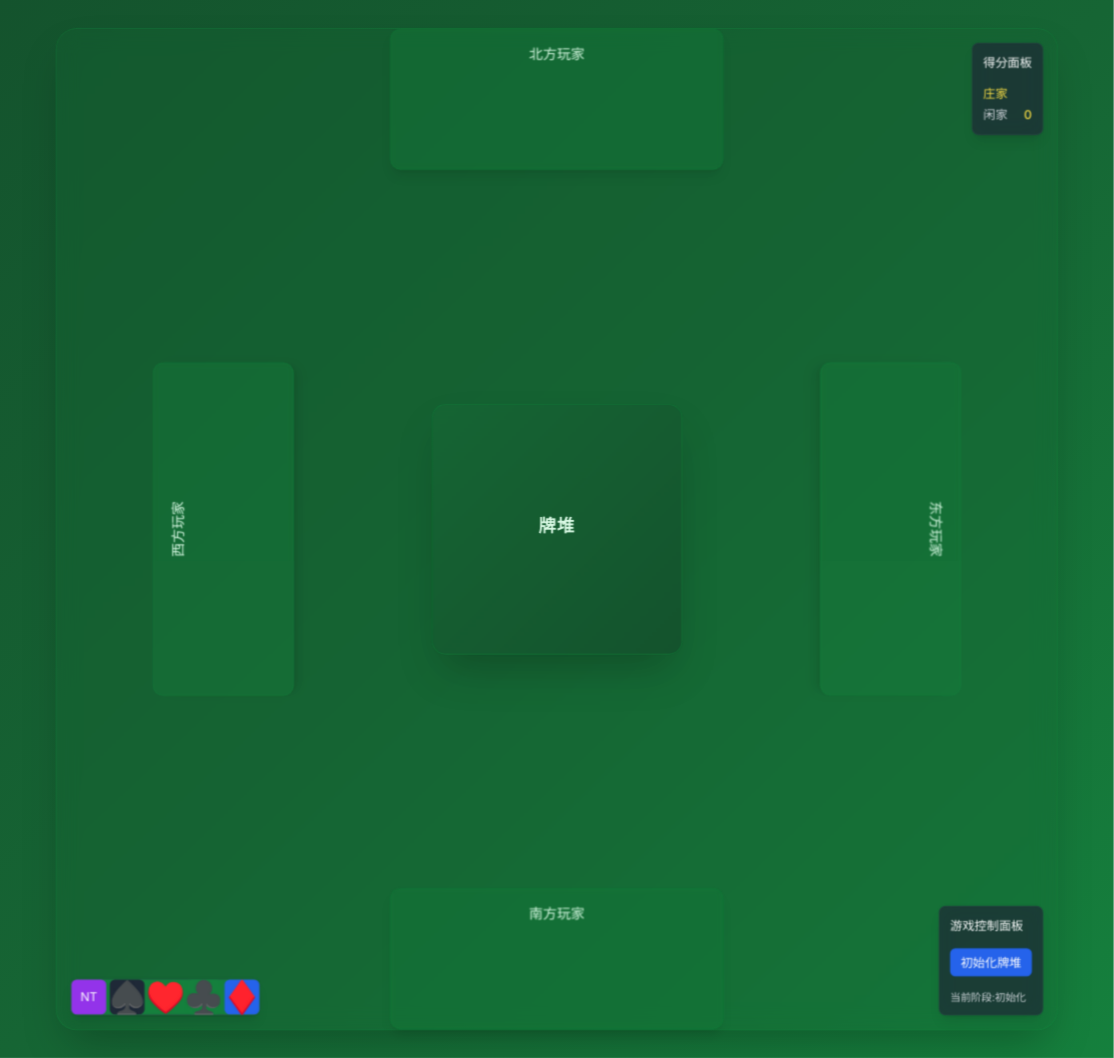
Repository: laofansay/Tractor80
Page: /
These files come from the project's save history. The page is drawn as it stood at one moment and after the next save; the edit follows.
The browser window is 1280 px wide. The pictures show the whole page, at 87% of full size.
The project was rebuilt for these pictures with package versions that can differ from the ones it lists, and the page was loaded fresh each time. The framework's server and built-in components were replaced by stand-ins that run in the browser. Also part of the build but not shown: next.config.js, app/components/Card.tsx.

Above is the page before, as saved 2025-03-09 00:24:13.

### app/layout.tsx
import type { Metadata } from 'next'
import { Inter } from 'next/font/google'
import './globals.css'

const inter = Inter({ subsets: ['latin'] })

export const metadata: Metadata = {
  title: 'Card Game',
  description: 'A Next.js Card Game Application',
}

export default function RootLayout({
  children,
}: {
  children: React.ReactNode
}) {
  return (
    <html lang="en">
      <body className={inter.className}>{children}</body>
    </html>
  )
}

### app/globals.css
@tailwind base;
@tailwind components;
@tailwind utilities;

:root {
  --foreground-rgb: 0, 0, 0;
  --background-start-rgb: 214, 219, 220;
  --background-end-rgb: 255, 255, 255;
}

@media (prefers-color-scheme: dark) {
  :root {
    --foreground-rgb: 255, 255, 255;
    --background-start-rgb: 0, 0, 0;
    --background-end-rgb: 0, 0, 0;
  }
}

body {
  color: rgb(var(--foreground-rgb));
  background: linear-gradient(
    to bottom,
    transparent,
    rgb(var(--background-end-rgb))
  )
  rgb(var(--background-start-rgb));
}

### app/components/AdminPanel.tsx
'use client';

import { useState } from 'react';
import { Card } from './Card';

type GamePhase = 'initial' | 'dealing' | 'trumpSelection' | 'pickBottomCards' | 'bottomCards' | 'playing';
type Position = 'north' | 'east' | 'south' | 'west';

type AdminPanelProps = {
    onInitialize: () => void;
    onDeal: () => void;
    onPickBottomCards: () => void;
    onBottomCards: () => void;
    onStartPlaying: () => void;
    gamePhase: GamePhase;
    deckLength: number;
    bottomCardsLength: number;
    lastRound?: Record<Position, string[]>;
    roundCount?: number;
};

export function AdminPanel({
    onInitialize,
    onDeal,
    onPickBottomCards,
    onBottomCards,
    onStartPlaying,
    gamePhase,
    deckLength,
    bottomCardsLength,
    lastRound = { north: [], east: [], south: [], west: [] },
    roundCount = 0
}: AdminPanelProps) {

    return (
        <div className="absolute bottom-4 right-4 p-3 bg-gray-800/70 rounded-lg backdrop-blur-md border border-gray-700/50 shadow-lg">
            <div className="flex flex-col gap-2">
                <div className="text-white text-sm mb-2 font-medium">游戏控制面板</div>

                {(gamePhase === 'initial' || gamePhase === 'playing') && (
                    <button
                        onClick={onInitialize}
                        className="px-3 py-1.5 bg-blue-600 hover:bg-blue-500 text-white rounded-md transition-colors text-sm"
                    >
                        {gamePhase === 'playing' ? '重新开始' : '初始化牌堆'}
                    </button>
                )}

                {gamePhase === 'initial' && deckLength > 0 && (
                    <button
                        onClick={onDeal}
                        className="px-3 py-1.5 bg-green-600 hover:bg-green-500 text-white rounded-md transition-colors text-sm"
                    >
                        开始发牌
                    </button>
                )}

                {gamePhase === 'pickBottomCards' && (
                    <button
                        onClick={onPickBottomCards}
                        className="px-3 py-1.5 bg-yellow-600 hover:bg-yellow-500 text-white rounded-md transition-colors text-sm"
                    >
                        庄家拾底
                    </button>
                )}

                {gamePhase === 'bottomCards' && (
                    <button
                        onClick={onBottomCards}
                        className="px-3 py-1.5 bg-yellow-600 hover:bg-yellow-500 text-white rounded-md transition-colors text-sm"
                    >
                        庄家扣底
                    </button>
                )}

                {gamePhase === 'bottomCards' && (
                    <button
                        onClick={onStartPlaying}
                        className="px-3 py-1.5 bg-red-600 hover:bg-red-500 text-white rounded-md transition-colors text-sm"
                    >
                        开始出牌
                    </button>
                )}

                <div className="text-gray-300 text-xs mt-2">
                    当前阶段:
                    {gamePhase === 'initial' && '初始化'}
                    {gamePhase === 'dealing' && '发牌中'}
                    {gamePhase === 'trumpSelection' && '亮主阶段'}
                    {gamePhase === 'pickBottomCards' && '庄家拾底'}
                    {gamePhase === 'bottomCards' && '庄家扣底'}
                    {gamePhase === 'playing' && '出牌阶段'}
                </div>
            </div>
        </div>
    );
}

### app/components/SoundEffect.tsx
'use client';

import { audioManager } from './AudioManager';

export class SoundEffect {
    static #instance;

    constructor() {
        // 私有构造函数，确保单例模式
    }

    public static getInstance(): SoundEffect {
        if (!SoundEffect.#instance) {
            SoundEffect.#instance = new SoundEffect();
        }
        return SoundEffect.#instance;
    }

    /**
     * 预加载音效
     * @param soundId 音效ID
     * @param soundPath 音效文件路径
     * @param fallbackSoundPath 备用音效路径（可选）
     */
    public preloadSound(soundId: string, soundPath: string, fallbackSoundPath?: string): void {
        if (typeof window === 'undefined') return; // 服务器端不执行

        // 使用AudioManager来处理音频加载
        audioManager.preloadSound(soundId, soundPath, fallbackSoundPath);
    }

    /**
     * 播放音效
     * @param soundId 音效ID
     * @returns 是否成功播放
     */
    public playSound(soundId: string): boolean {
        if (typeof window === 'undefined') return false; // 服务器端不执行

        // 使用AudioManager来处理音频播放
        return audioManager.playSound(soundId);
    }

    /**
     * 停止播放音效
     * @param soundId 音效ID
     */
    public stopSound(soundId: string): void {
        if (typeof window === 'undefined') return; // 服务器端不执行

        // 使用AudioManager来处理音频停止
        audioManager.stopSound(soundId);
    }

    /**
     * 检查音效是否已加载并可以播放
     * @param soundId 音效ID
     * @returns 是否可以播放
     */
    public canPlaySound(soundId: string): boolean {
        if (typeof window === 'undefined') return false; // 服务器端不执行

        // 使用AudioManager来检查音频是否可以播放
        return audioManager.canPlaySound(soundId);
    }

    /**
     * 启用或禁用所有音效
     * @param enabled 是否启用音效
     */
    public setAudioEnabled(enabled: boolean): void {
        audioManager.setAudioEnabled(enabled);
    }

    /**
     * 获取音效是否启用
     * @returns 音效是否启用
     */
    public isAudioEnabled(): boolean {
        return audioManager.isAudioEnabled();
    }
}

// 导出单例实例
export const soundEffect = SoundEffect.getInstance();

### app/components/ScorePanel.tsx
import React from 'react';

interface ScorePanelProps {
  scores: {
    north: number;
    east: number;
    south: number;
    west: number;
  };
  dealerPosition: Position;
}

type Position = 'north' | 'east' | 'south' | 'west';

export function ScorePanel({ scores, dealerPosition }: ScorePanelProps) {
  // 计算庄家和闲家的总分
  const dealerScore = scores[dealerPosition];
  const nonDealerScore = Object.entries(scores)
    .filter(([position]) => position !== dealerPosition)
    .reduce((total, [_, score]) => total + score, 0);

  return (
    <div className="absolute top-4 right-4 p-3 bg-gray-800/70 rounded-lg backdrop-blur-md border border-gray-700/50 shadow-lg">
      <div className="flex flex-col gap-2">
        <div className="text-white text-sm mb-2 font-medium">得分面板</div>
        <div className="space-y-1">
          <div className="flex justify-between text-sm">
            <span className="text-yellow-300">庄家</span>
            <span className="text-yellow-300 font-medium ml-4">{dealerScore}</span>
          </div>
          <div className="flex justify-between text-sm">
            <span className="text-gray-300">闲家</span>
            <span className="text-yellow-300 font-medium ml-4">{nonDealerScore}</span>
          </div>
        </div>
      </div>
    </div>
  );
}

### app/components/TrumpSelectionPanel.tsx
'use client';

import React from 'react';

type TrumpSelectionPanelProps = {
  onSelectTrump: (trumpSuit: string | null) => void;
  gamePhase: string;
};

export function TrumpSelectionPanel({ onSelectTrump, gamePhase }: TrumpSelectionPanelProps) {
  // 只在亮主阶段显示
  if (gamePhase !== 'trumpSelection') {
    //return null;
  }

  return (
    <div className="absolute bottom-4 left-4 p- bg-green-700 hover:bg-green-600 rounded-lg backdrop-blur-md border border-gray-700/50 shadow-lg">
      <div className="flex flex-row gap-1">
        <button
          onClick={() => onSelectTrump(null)}
          className="w-10 h-10 bg-purple-600 hover:bg-purple-500 text-white rounded-md transition-colors text-sm flex items-center justify-center"
          title="无主"
        >
          NT
        </button>
        <button
          onClick={() => onSelectTrump('S')}
          className="w-10 h-10 bg-gray-800 hover:bg-gray-700 text-white rounded-md transition-colors text-4xl flex items-center justify-center"
          title="黑桃"
        >
          ♠️
        </button>
        <button
          onClick={() => onSelectTrump('H')}
          className="w-10 h-10 hover:bg-red-500 text-white rounded-md transition-colors text-4xl flex items-center justify-center"
          title="红桃"
        >
          ♥️
        </button>
        <button
          onClick={() => onSelectTrump('C')}
          className="w-10 h-10 bg-green-700 hover:bg-green-600 text-white rounded-md transition-colors text-4xl flex items-center justify-center"
          title="梅花"
        >
          ♣️
        </button>
        <button
          onClick={() => onSelectTrump('D')}
          className="w-10 h-10 bg-blue-600 hover:bg-blue-500 text-white rounded-md transition-colors text-4xl flex items-center justify-center"
          title="方块"
        >
          ♦️
        </button>
      </div>
    </div>
  );
}

### app/components/AudioManager.tsx
'use client';

/**
 * 音频管理器类
 * 提供音效加载、播放和错误处理功能
 */
export class AudioManager {
  private static instance: AudioManager;
  private audioElements: Map<string, HTMLAudioElement> = new Map();
  private fallbackMode: boolean = false;
  private audioEnabled: boolean = true;

  private constructor() {
    // 私有构造函数，确保单例模式
    this.checkAudioSupport();
  }

  public static getInstance(): AudioManager {
    if (!AudioManager.instance) {
      AudioManager.instance = new AudioManager();
    }
    return AudioManager.instance;
  }

  /**
   * 检查浏览器是否支持音频
   */
  private checkAudioSupport(): void {
    if (typeof window === 'undefined') return;

    try {
      const audio = new Audio();
      this.audioEnabled = !!audio && typeof audio.play === 'function';
      if (!this.audioEnabled) {
        console.warn('当前环境不支持音频播放');
      }
    } catch (error) {
      console.error('检查音频支持时出错:', error);
      this.audioEnabled = false;
    }
  }

  /**
   * 预加载音效
   * @param soundId 音效ID
   * @param soundPath 音效文件路径
   * @param fallbackSoundPath 备用音效路径（可选）
   */
  public preloadSound(soundId: string, soundPath: string, fallbackSoundPath?: string): void {
    if (typeof window === 'undefined' || !this.audioEnabled) return;

    if (!this.audioElements.has(soundId)) {
      try {
        // 确保路径正确，添加基础URL前缀
        const fullPath = soundPath.startsWith('/') ? soundPath : `/${soundPath}`;
        const baseUrl = window.location.origin;
        const absolutePath = new URL(fullPath, baseUrl).toString();

        const audio = new Audio();
        audio.preload = 'auto';

        // 添加加载错误处理
        audio.addEventListener('error', (e) => {
          const errorDetails = {
            code: audio.error?.code,
            message: audio.error?.message,
            path: absolutePath
          };
          console.error(`音效 ${soundId} 加载失败:`, errorDetails);

          // 尝试加载备用音效
          if (fallbackSoundPath && !this.fallbackMode) {
            console.log(`尝试加载备用音效: ${fallbackSoundPath}`);
            this.fallbackMode = true;
            this.preloadSound(soundId, fallbackSoundPath);
          }
        });

        // 添加加载成功处理
        audio.addEventListener('canplaythrough', () => {
          console.log(`音效 ${soundId} 加载成功，可以播放`);
        });

        // 设置音频源
        audio.src = absolutePath;

        this.audioElements.set(soundId, audio);
      } catch (error) {
        console.error(`音效 ${soundId} 初始化失败:`, error);
      }
    }
  }

  /**
   * 播放音效
   * @param soundId 音效ID
   * @returns 是否成功播放
   */
  public playSound(soundId: string): boolean {
    if (typeof window === 'undefined' || !this.audioEnabled) return false;

    const audio = this.audioElements.get(soundId);
    if (audio) {
      // 检查音频是否已加载并可以播放
      if (audio.error) {
        console.error(`音效 ${soundId} 无法播放，加载失败:`, audio.error);
        return false;
      }

      // 检查音频是否已经加载足够的数据可以播放
      if (audio.readyState < 2) { // HAVE_CURRENT_DATA or higher
        console.warn(`音效 ${soundId} 尚未加载完成，无法播放`);
        return false;
      }

      try {
        // 重置音频以便重复播放
        audio.currentTime = 0;
        const playPromise = audio.play();

        if (playPromise !== undefined) {
          playPromise.catch(error => {
            console.error(`播放音效 ${soundId} 失败:`, error);
          });
        }
        return true;
      } catch (error) {
        console.error(`播放音效 ${soundId} 时出错:`, error);
        return false;
      }
    } else {
      console.warn(`音效 ${soundId} 未预加载`);
      return false;
    }
  }

  /**
   * 停止播放音效
   * @param soundId 音效ID
   */
  public stopSound(soundId: string): void {
    if (typeof window === 'undefined' || !this.audioEnabled) return;

    const audio = this.audioElements.get(soundId);
    if (audio) {
      try {
        audio.pause();
        audio.currentTime = 0;
      } catch (error) {
        console.error(`停止音效 ${soundId} 时出错:`, error);
      }
    }
  }

  /**
   * 检查音效是否已加载并可以播放
   * @param soundId 音效ID
   * @returns 是否可以播放
   */
  public canPlaySound(soundId: string): boolean {
    if (typeof window === 'undefined' || !this.audioEnabled) return false;

    const audio = this.audioElements.get(soundId);
    if (!audio) return false;

    // 检查音频元素是否有错误
    if (audio.error) return false;

    // 检查音频是否已经加载足够的数据可以播放
    return audio.readyState >= 2; // HAVE_CURRENT_DATA or higher
  }

  /**
   * 启用或禁用所有音效
   * @param enabled 是否启用音效
   */
  public setAudioEnabled(enabled: boolean): void {
    this.audioEnabled = enabled;
  }

  /**
   * 获取音效是否启用
   * @returns 音效是否启用
   */
  public isAudioEnabled(): boolean {
    return this.audioEnabled;
  }

  /**
   * 创建一个简单的音效（用于在无法加载外部音效时使用）
   * @param frequency 频率（赫兹）
   * @param duration 持续时间（毫秒）
   * @param volume 音量（0-1）
   * @returns 音频元素
   */
  public createToneSound(frequency: number = 440, duration: number = 200, volume: number = 0.5): HTMLAudioElement | null {
    if (typeof window === 'undefined' || !this.audioEnabled) return null;

    try {
      // 检查是否支持Web Audio API
      if (!window.AudioContext && !(window as any).webkitAudioContext) {
        console.warn('当前浏览器不支持Web Audio API');
        return null;
      }

      const AudioContext = window.AudioContext || (window as any).webkitAudioContext;
      const audioCtx = new AudioContext();

      // 创建振荡器
      const oscillator = audioCtx.createOscillator();
      oscillator.type = 'sine';
      oscillator.frequency.setValueAtTime(frequency, audioCtx.currentTime);

      // 创建音量控制
      const gainNode = audioCtx.createGain();
      gainNode.gain.setValueAtTime(volume, audioCtx.currentTime);

      // 连接节点
      oscillator.connect(gainNode);
      gainNode.connect(audioCtx.destination);

      // 创建音频元素
      const audio = new Audio();

      // 开始振荡
      oscillator.start();

      // 设置定时器停止振荡
      setTimeout(() => {
        oscillator.stop();
        audioCtx.close();
      }, duration);

      return audio;
    } catch (error) {
      console.error('创建音效失败:', error);
      return null;
    }
  }
}

// 导出单例实例
export const audioManager = AudioManager.getInstance();

Loaded but not shown: tailwind.config.js (19 lines, source omitted); app/page.tsx (581 lines, source omitted); app/components/CardArea.tsx (205 lines, source omitted)

After the next save:
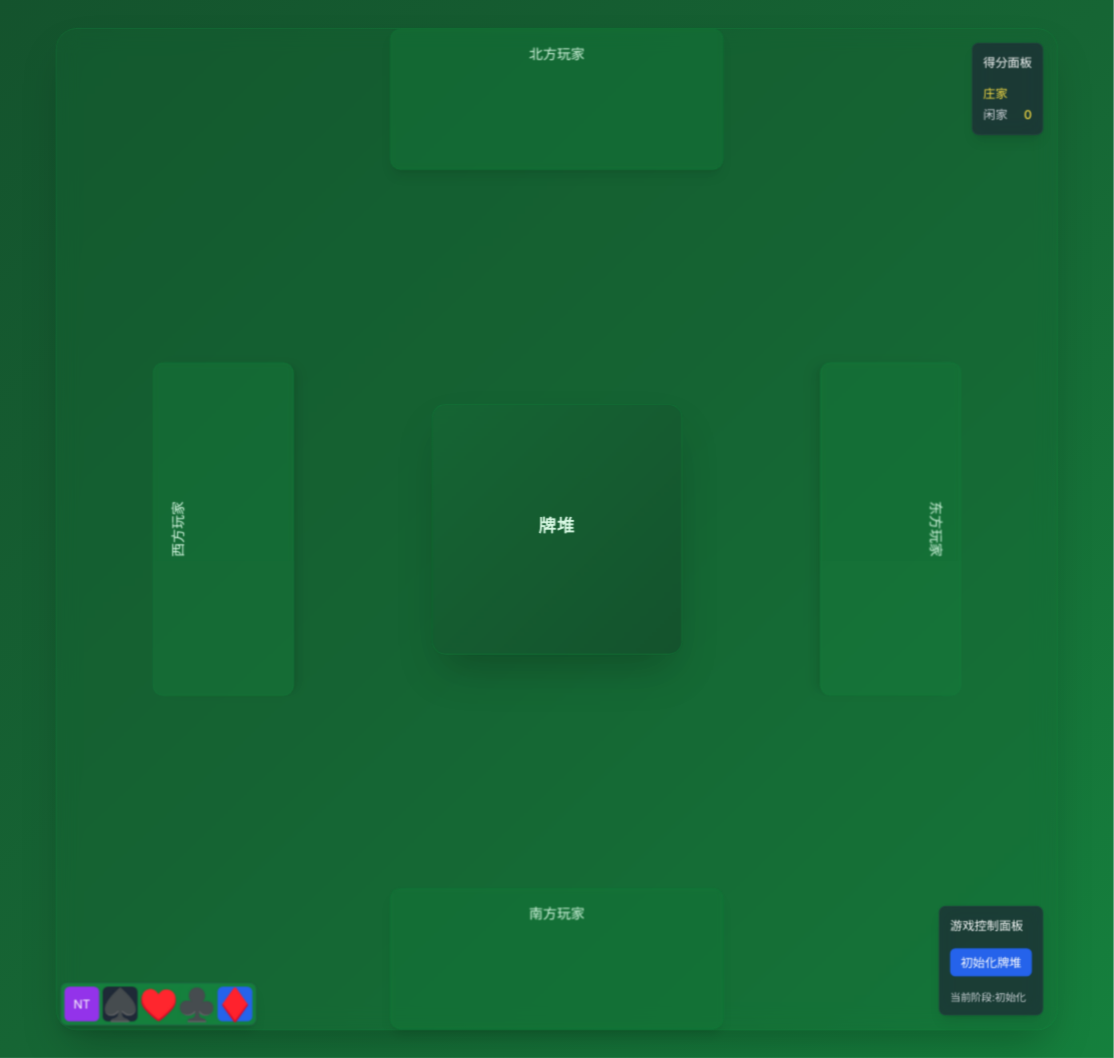
Saved 26 s later.
--- a/app/components/TrumpSelectionPanel.tsx
+++ b/app/components/TrumpSelectionPanel.tsx
@@ -14,7 +14,7 @@ export function TrumpSelectionPanel({ onSelectTrump, gamePhase }: TrumpSelection
   }
 
   return (
-    <div className="absolute bottom-4 left-4 p- bg-green-700 hover:bg-green-600 rounded-lg backdrop-blur-md border border-gray-700/50 shadow-lg">
+    <div className="absolute bottom-1 left-1 p-1 bg-green-700 hover:bg-green-600 rounded-lg backdrop-blur-md border border-gray-700/50 shadow-lg">
       <div className="flex flex-row gap-1">
         <button
           onClick={() => onSelectTrump(null)}
